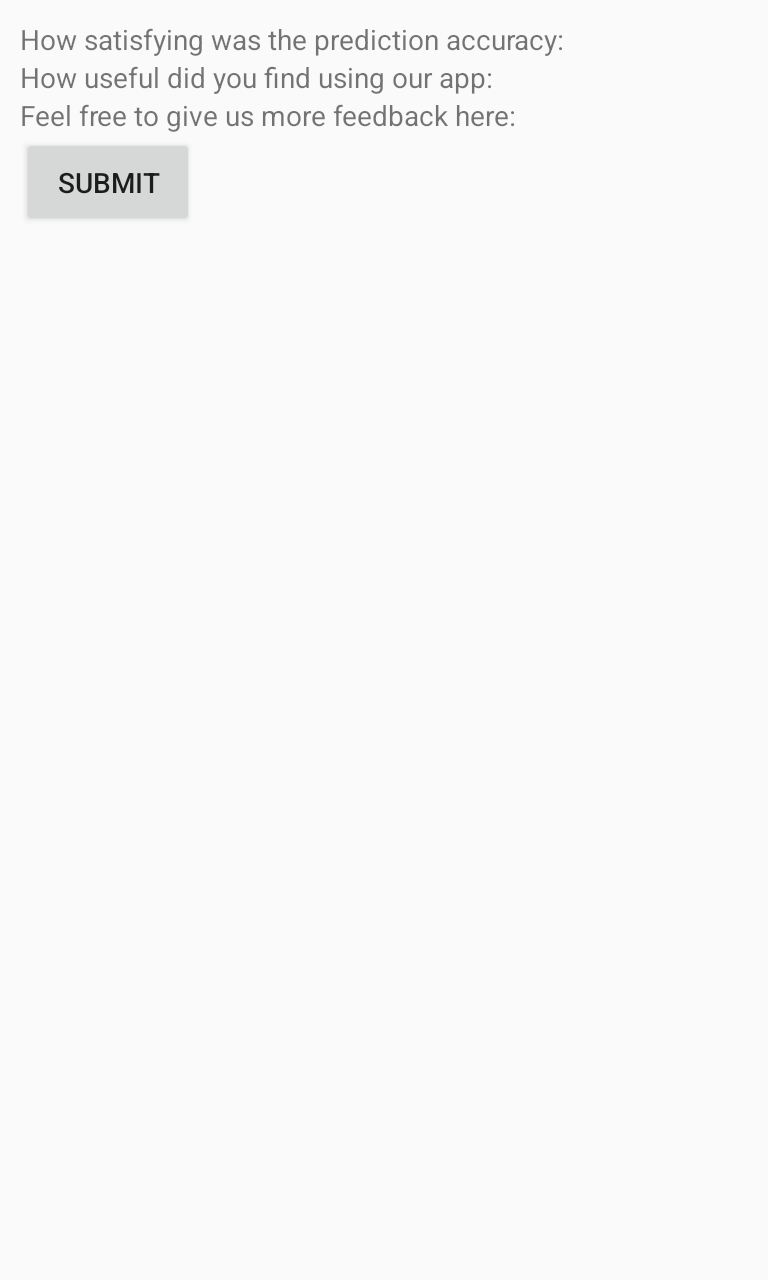
Repository: hessfr/contextRecognition
Layout: androidProjects/ContextRecognition/res/layout/activity_rating.xml
These files come from the project's save history. The layout is drawn as it stood at one moment and after the next save; the edit follows.
It is drawn on a 768 x 1280 px phone screen (xhdpi) without system bars, with theme AppTheme; the app's code is not run.

Above is the layout before, as saved 2014-05-30 07:32:26.

### androidProjects/ContextRecognition/res/layout/activity_rating.xml
<?xml version="1.0" encoding="utf-8"?>
<LinearLayout xmlns:android="http://schemas.android.com/apk/res/android"
    android:layout_width="match_parent"
    android:layout_height="match_parent"
    android:orientation="vertical"
    android:padding="10dp">

        <LinearLayout
	        android:layout_width="wrap_content"
	        android:layout_height="wrap_content"
	        android:orientation="vertical">

            <RelativeLayout
		        android:layout_width="match_parent"
		        android:layout_height="match_parent" >
			    <TextView android:layout_width="fill_parent"
			        android:layout_height="wrap_content"
			        android:layout_centerHorizontal="True"
			        android:text="@string/rating_accuracy_satisfaction"/>
		    </RelativeLayout>

            <RelativeLayout
		        android:layout_width="match_parent"
		        android:layout_height="match_parent" >
			    <TextView android:layout_width="fill_parent"
			        android:layout_height="wrap_content"
			        android:layout_centerHorizontal="True"
			        android:text="@string/rating_useful"/>
		    </RelativeLayout>

            <RelativeLayout
		        android:layout_width="match_parent"
		        android:layout_height="match_parent" >
			    <TextView android:layout_width="fill_parent"
			        android:layout_height="wrap_content"
			        android:layout_centerHorizontal="True"
			        android:text="@string/rating_free_text"/>
			</RelativeLayout>

            <RelativeLayout
		        android:layout_width="match_parent"
		        android:layout_height="match_parent" >
		    <Button
		        android:id="@+id/button1"
		        android:layout_width="wrap_content"
		        android:layout_height="wrap_content"
		        android:layout_centerHorizontal="True"
		        android:text="@string/rating_submit_button" />
		    </RelativeLayout>

	    </LinearLayout>

</LinearLayout>

### androidProjects/ContextRecognition/res/values/strings.xml
<?xml version="1.0" encoding="utf-8"?>
<resources>

    <string name="app_name">ContextRecognition</string>
    <string name="hello_world">Hello world!</string>
    <string name="action_settings">Settings</string>
    <string name="action_rating">Rate our app</string>
    <string name="action_help">Help</string>
    <string name="label_settings">Settings</string>
    <string name="label_rating">Rate our app</string>
    <string name="label_help">Help</string>

    <string name="button_change">Change</string>
    <string name="button_correct">Correct</string>

    <string name="rating_accuracy_satisfaction">How satisfying was the prediction accuracy:</string>
    <string name="rating_useful">How useful did you find using our app:</string>
    <string name="rating_free_text">Feel free to give us more feedback here:</string>
    <string name="rating_submit_button">Submit</string>



    <string name="test">Test123</string>
    <string name="test_office">Office</string>


</resources>

Loaded but not shown: androidProjects/ContextRecognition/res/values/styles.xml (common file); androidProjects/ContextRecognition/res/values-v11/styles.xml (common file); androidProjects/ContextRecognition/res/values-v14/styles.xml (common file)

After the next save:
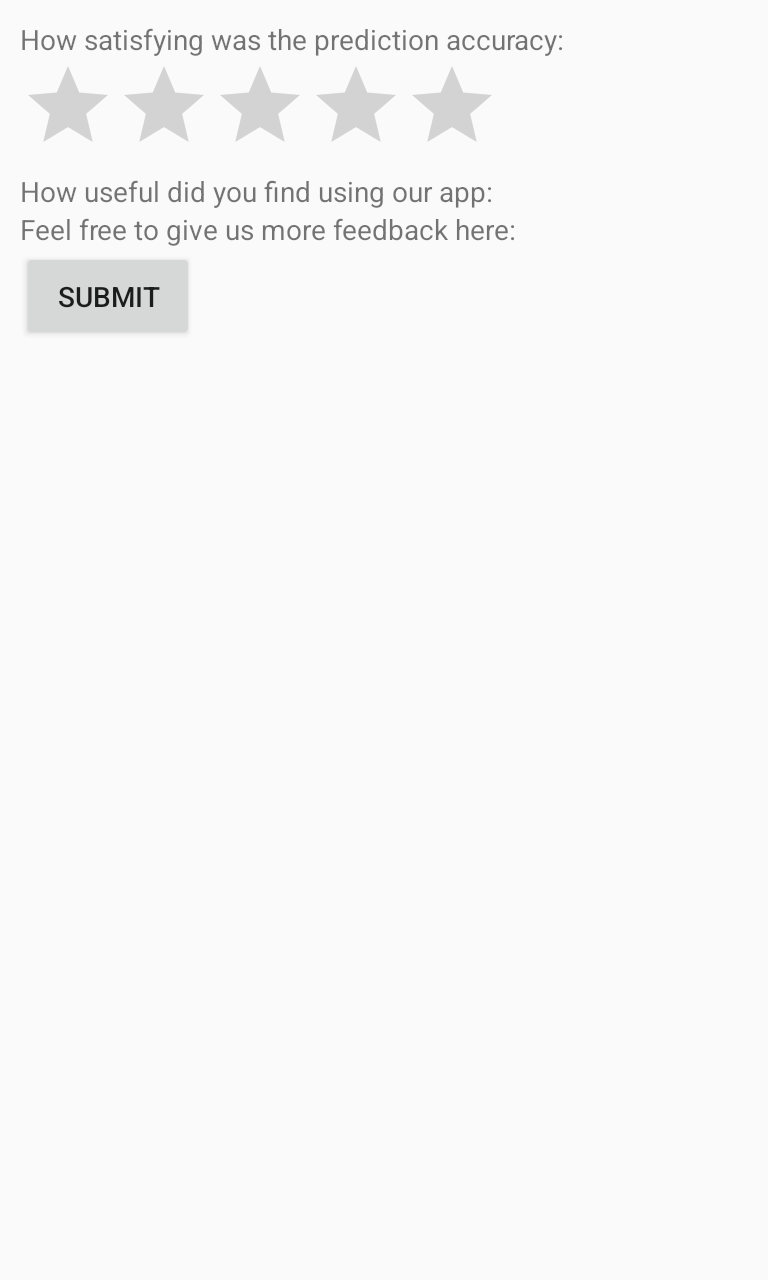
Saved 3 min 34 s later.
--- a/androidProjects/ContextRecognition/res/layout/activity_rating.xml
+++ b/androidProjects/ContextRecognition/res/layout/activity_rating.xml
@@ -18,6 +18,17 @@
 			        android:layout_centerHorizontal="True"
 			        android:text="@string/rating_accuracy_satisfaction"/>
 		    </RelativeLayout>
+
+            <RelativeLayout
+		        android:layout_width="match_parent"
+		        android:layout_height="match_parent" >
+            	<RatingBar
+			        android:id="@+id/ratingBar1"
+			        android:layout_width="wrap_content"
+			        android:layout_height="wrap_content"
+			        android:layout_alignParentLeft="true"
+			        android:layout_alignParentTop="true" />
+            </RelativeLayout>
 
             <RelativeLayout
 		        android:layout_width="match_parent"
